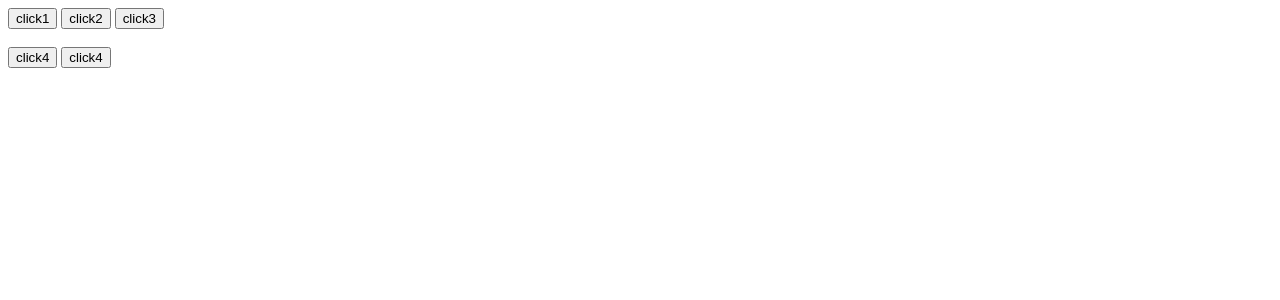
Repository: hong-bi/JsonStudy
Page: JsonApp01/WebContent/JsonTest11.html
An editor plug-in stored every save of this project. The page is shown before and after the next save, followed by the edit.
The browser window is 1280 px wide. The pictures show the whole page.

Above is the page before, as saved 2019-06-03 00:08:31.

### JsonApp01/WebContent/JsonTest11.html
<meta charset="UTF-8">
<script type="text/javascript">

	var obj7=
	{
		"test" :
		[
			"ccc" , "ddd"
		],
		"exam" :
		[
			"kkk","ppp"
		]

	}

</script>

<form>

	<input type="button" value="click1" onclick="alert(typeof obj7)">

	<input type="button" value="click2" onclick="alert(typeof obj7.test)">

	<input type="button" value="click3" onclick="alert(typeof obj7.exam)">

	<br><br>

	<input type="button" value="click4" onclick="alert(obj7.test[0])">
	<input type="button" value="click4" onclick="alert(obj7.test[1])">
</form>

After the next save:
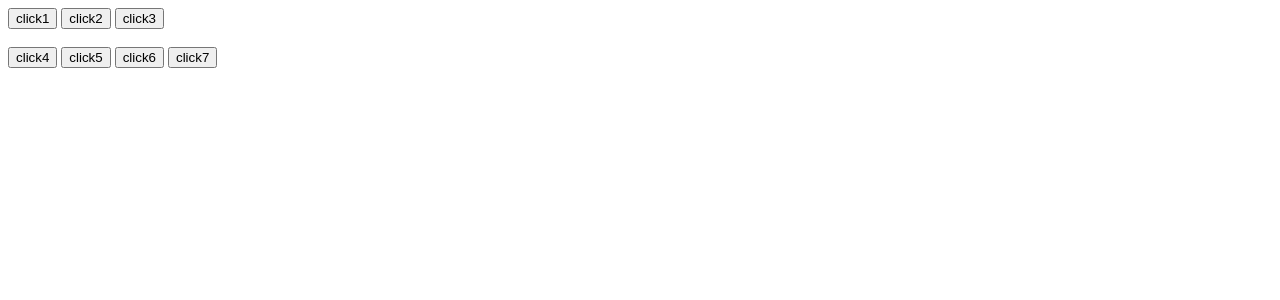
Saved 24 s later.
--- a/JsonApp01/WebContent/JsonTest11.html
+++ b/JsonApp01/WebContent/JsonTest11.html
@@ -27,5 +27,9 @@
 	<br><br>
 
 	<input type="button" value="click4" onclick="alert(obj7.test[0])">
-	<input type="button" value="click4" onclick="alert(obj7.test[1])">
+	<input type="button" value="click5" onclick="alert(obj7.test[1])">
+	<input type="button" value="click6" onclick="alert(obj7.exam[0])">
+	<input type="button" value="click7" onclick="alert(obj7.exam[1])">
+
+
 </form>
